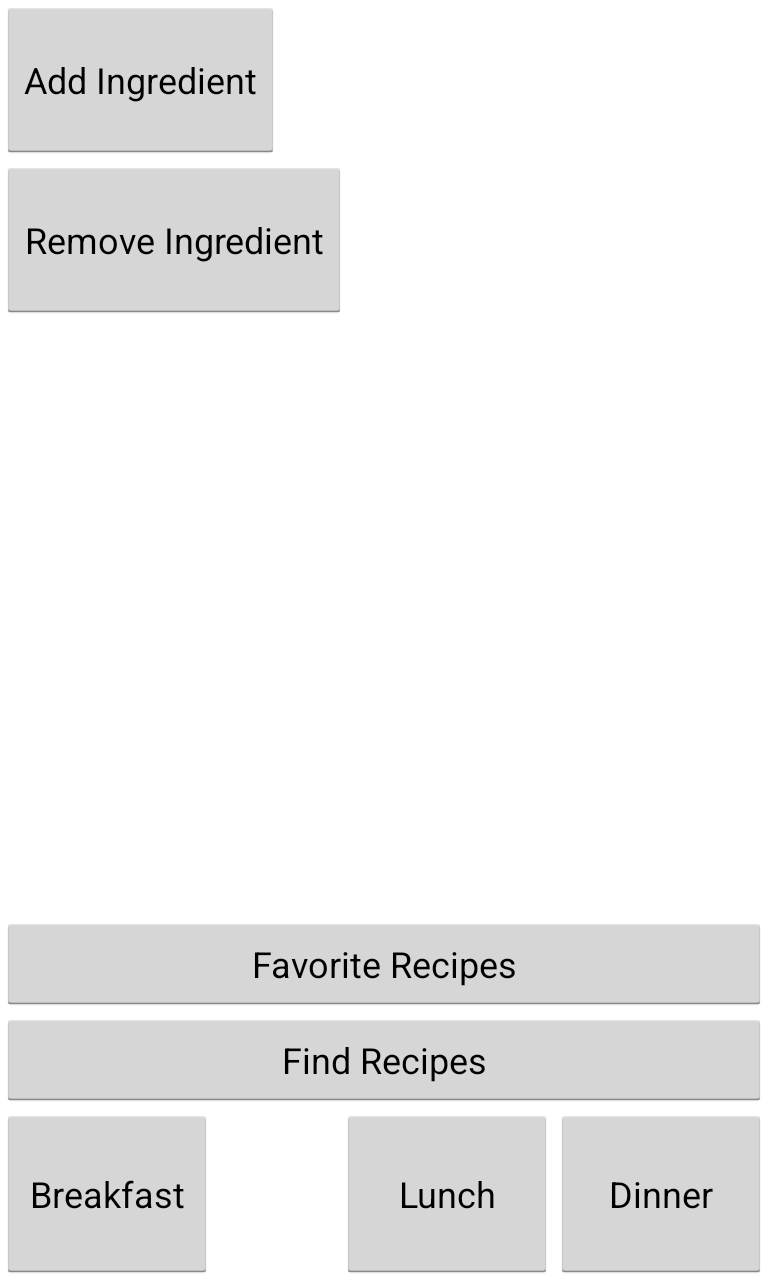
Repository: jmwood22/Boyardroid
Layout: Boyardroid/res/layout/activity_fridge.xml
The author's editor kept a copy of each file at every save. The layout is drawn from the files as they stood at one save, then again after the next save.
It is drawn on a 768 x 1280 px phone screen (xhdpi) without system bars, with theme AppTheme; the app's code is not run.

Above is the layout before, as saved 2013-02-20 11:01:37.

### Boyardroid/res/layout/activity_fridge.xml
<RelativeLayout xmlns:android="http://schemas.android.com/apk/res/android"
    xmlns:tools="http://schemas.android.com/tools"
    android:id="@+id/AbsoluteLayout1"
    android:layout_width="match_parent"
    android:layout_height="match_parent"
    android:orientation="vertical"
    tools:context=".FridgeScreen" >

    <Button
        android:id="@+id/button5"
        android:layout_width="107dp"
        android:layout_height="86dp"
        android:layout_alignParentBottom="true"
        android:layout_gravity="bottom"
        android:onClick="searchbreakfast"
        android:text="@string/breakfast_button" />

    <Button
        android:id="@+id/button7"
        android:layout_width="107dp"
        android:layout_height="86dp"
        android:layout_alignParentBottom="true"
        android:layout_alignParentRight="true"
        android:onClick="searchdinner"
        android:text="@string/dinner_button" />

    <Button
        android:id="@+id/button6"
        android:layout_width="107dp"
        android:layout_height="86dp"
        android:layout_alignParentBottom="true"
        android:layout_toLeftOf="@+id/button7"
        android:onClick="searchlunch"
        android:text="@string/lunch_button" />

    <Button
        android:id="@+id/button4"
        android:layout_width="fill_parent"
        android:layout_height="wrap_content"
        android:layout_above="@+id/button5"
        android:layout_alignParentLeft="true"
        android:onClick="dialogBtn"
        android:text="@string/find_recipe" />

    <Button
        android:id="@+id/button3"
        android:layout_width="fill_parent"
        android:layout_height="wrap_content"
        android:layout_above="@+id/button4"
        android:layout_alignParentLeft="true"
        android:onClick="favRecipe"
        android:text="@string/favoriteRecipe_button" />

    <Button
        android:id="@+id/button1"
        android:layout_width="wrap_content"
        android:layout_height="80dp"
        android:layout_alignParentLeft="true"
        android:layout_alignParentTop="true"
        android:onClick="addIngre"
        android:text="@string/addIngredient_button" />

    <Button
        android:id="@+id/button2"
        android:layout_width="wrap_content"
        android:layout_height="80dp"
        android:layout_alignParentLeft="true"
        android:layout_below="@+id/button1"
        android:onClick="removIngre"
        android:text="@string/removeIngredient_button" />

</RelativeLayout>

### Boyardroid/res/values/strings.xml
<?xml version="1.0" encoding="utf-8"?>
<resources>

    <string name="app_name">BoyarDroid</string>
    <string name="quick_recipe">Quick Recipe</string>
    <string name="menu_settings">Settings</string>
    <string name="title_activity_quck_recipe">QuckRecipe</string>
    <string name="title_activity_quick_recipe">QuickRecipe</string>
    <string name="find_recipe">Find Recipes</string>
    <string name="hello_world">Hello world!</string>
    <string name="title_activity_home_screen">HomeScreen</string>
    <string name="title_activity_fridge">Fridge</string>
	<string name="fridge_button">Fridge</string>
	<string name="dinner_button">Dinner</string>
	<string name="breakfast_button">Breakfast</string>
	<string name="lunch_button">Lunch</string>
	<string name="user_button">User text</string>
	<string name="addIngredient_button">Add Ingredient</string>
	<string name="removeIngredient_button">Remove Ingredient</string>
	<string name="favoriteRecipe_button">Favorite Recipes</string>
</resources>

Loaded but not shown: Boyardroid/res/values/styles.xml (common file); Boyardroid/res/values-v11/styles.xml (common file); Boyardroid/res/values-v14/styles.xml (common file)

After the next save:
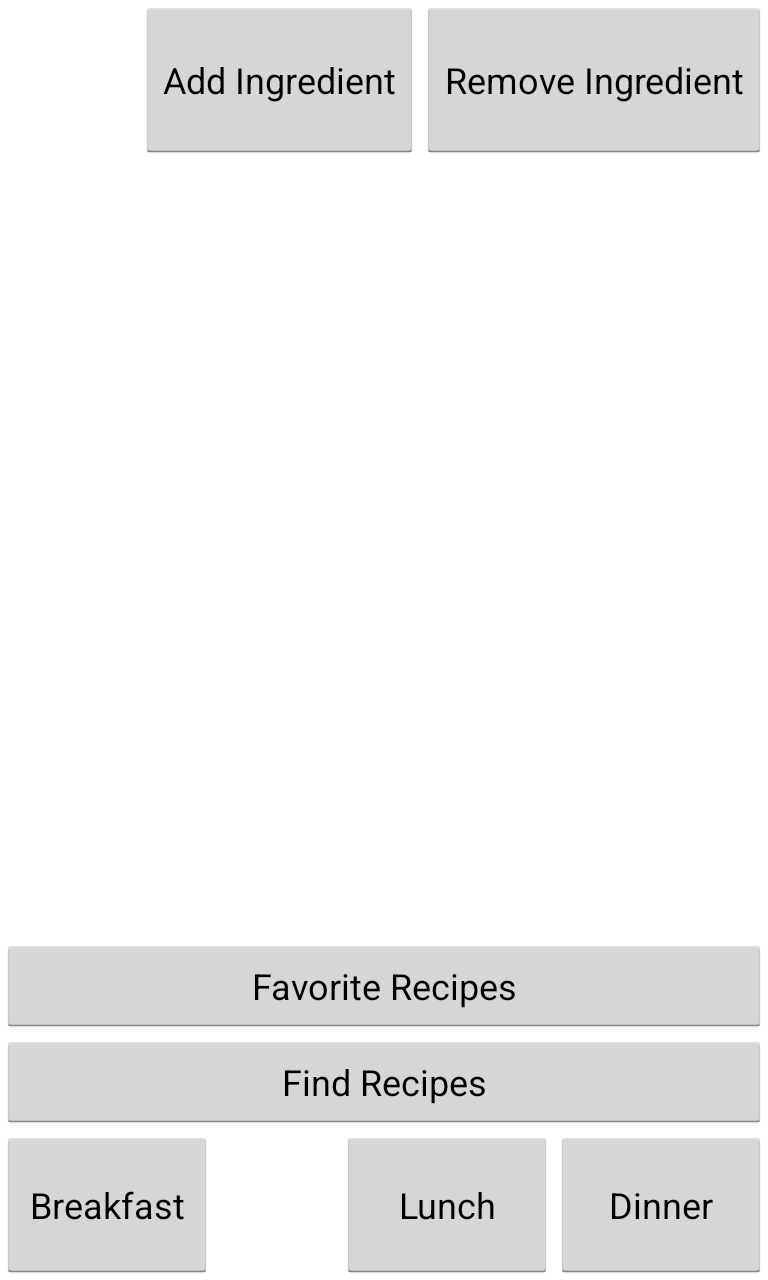
Saved 56 s later.
--- a/Boyardroid/res/layout/activity_fridge.xml
+++ b/Boyardroid/res/layout/activity_fridge.xml
@@ -9,7 +9,7 @@
     <Button
         android:id="@+id/button5"
         android:layout_width="107dp"
-        android:layout_height="86dp"
+        android:layout_height="75dp"
         android:layout_alignParentBottom="true"
         android:layout_gravity="bottom"
         android:onClick="searchbreakfast"
@@ -18,7 +18,7 @@
     <Button
         android:id="@+id/button7"
         android:layout_width="107dp"
-        android:layout_height="86dp"
+        android:layout_height="75dp"
         android:layout_alignParentBottom="true"
         android:layout_alignParentRight="true"
         android:onClick="searchdinner"
@@ -27,7 +27,7 @@
     <Button
         android:id="@+id/button6"
         android:layout_width="107dp"
-        android:layout_height="86dp"
+        android:layout_height="75dp"
         android:layout_alignParentBottom="true"
         android:layout_toLeftOf="@+id/button7"
         android:onClick="searchlunch"
@@ -55,8 +55,8 @@
         android:id="@+id/button1"
         android:layout_width="wrap_content"
         android:layout_height="80dp"
-        android:layout_alignParentLeft="true"
         android:layout_alignParentTop="true"
+        android:layout_toLeftOf="@+id/button2"
         android:onClick="addIngre"
         android:text="@string/addIngredient_button" />
 
@@ -64,8 +64,8 @@
         android:id="@+id/button2"
         android:layout_width="wrap_content"
         android:layout_height="80dp"
-        android:layout_alignParentLeft="true"
-        android:layout_below="@+id/button1"
+        android:layout_alignParentRight="true"
+        android:layout_alignParentTop="true"
         android:onClick="removIngre"
         android:text="@string/removeIngredient_button" />
 
